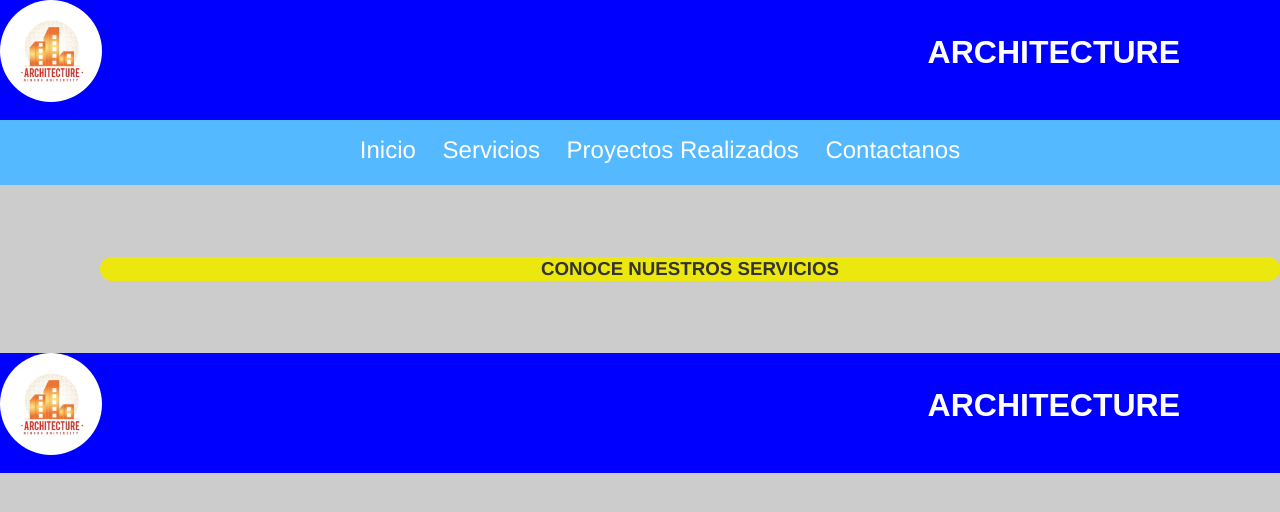
Repository: gabrielestrella18/htdocs
Page: http://localhost/arquitectos/servicios.php
These files come from the project's save history. The page is drawn as it stood at one moment and after the next save; the edit follows.
The browser window is 1280 px wide. The pictures show the whole page.
The page is run by PHP 8.4 with error messages shown; the project is at /var/www/html/.

Above is the page before, as saved 2023-12-07 15:51:09.

### arquitectos/servicios.php
<!DOCTYPE html>
<html lang="en">
  <head>
    <title></title>
    <meta charset="UTF-8">
    <meta name="viewport" content="width=device-width, initial-scale=1">
    <link href="estilo.css" rel="stylesheet">
  </head>
  <body>

<div class="azul">
  <img  class="lg"src="imagenes/arch.jpg" alt="">

  <h1>ARCHITECTURE</h1>
</div>

<div class="menu">
<div class="menuOpciones">
            <a href="index.php" target="_blank">Inicio</a>
            <a href="#" target="_blank">Servicios</a>
            <a href="#" target="_blank">Proyectos Realizados</a>
            <a href="#" target="_blank">Contactanos</a>
            </div>
            </div>
            <br><br><br>

<div class="ser">
<h3 class="serv">CONOCE NUESTROS SERVICIOS</h3>
</div>
<br> <br> <br>



<div class="azul">
  <img  class="lg"src="imagenes/arch.jpg" alt="">

  <h1>ARCHITECTURE</h1>
</div>


  </body>
</html>

### arquitectos/estilo.css
* {
    box-sizing: border-box;
    margin: 0;
    padding: 0;
}

body {
    font-family: helvetica;
    font-size: 16px;
    line-height: 24px;
    color: #333;
    background-color: #cccccc;
    max-width: 1400px;
}

.azul {
    background-color: blue;
    padding-bottom: 120px;
}

.lg {
    float: left;
    width: 8%;
    height: 8%;
    border-radius: 80px;
}

h1 {
    color: white;
    float: right;
    font-family: sans-serif;
    text-align: end;
    padding-top: 40px;
    padding-right: 100px;
}

.menu {
    border: 1px #54b9ff solid;
    background-color: #54b9ff;
    height: 65px;
}

.menuOpciones {
    padding-top: 12px;
    text-align: center;
    margin-top: 5px;
    padding-left: 40px;
    font-size: x-large;
}

.menuOpciones a {
    text-decoration: none;
    color: white;
    padding: 10px;
}

.menuOpciones a:hover {
    color: #9c2222;
}

.contenedor_fondo {
    width: 1350px;
    height: 600px;
    margin: auto;
    background-image: url(imagenes/fondoarq.jpg);
    background-repeat: no-repeat;
    background-size: cover;
}

.textofoto {
    /* width: 600px; */
    color: rgb(7, 2, 2);
    margin: auto;
    text-align: center;
    line-height: 35px;
    padding-top: 200px;
}

.botoncito {
    text-align: center;
}

.boton1 {
    color: #ece80f;
    background-color: #ce1111;
    padding-top: 20px;
    padding-bottom: 20px;
    padding-left: 10px;
    padding-right: 10px;
    border-radius: 20px;
}

h3 {
    text-align: center;
}

.serv {
    background-color: #ece80f;
    /* padding-top: 20px;
    padding-bottom: 20px;
    padding-left: 10px;
    padding-right: 10px; */
    border-radius: 20px;
}

.ser {
    padding-left: 100px;
}

After the next save:
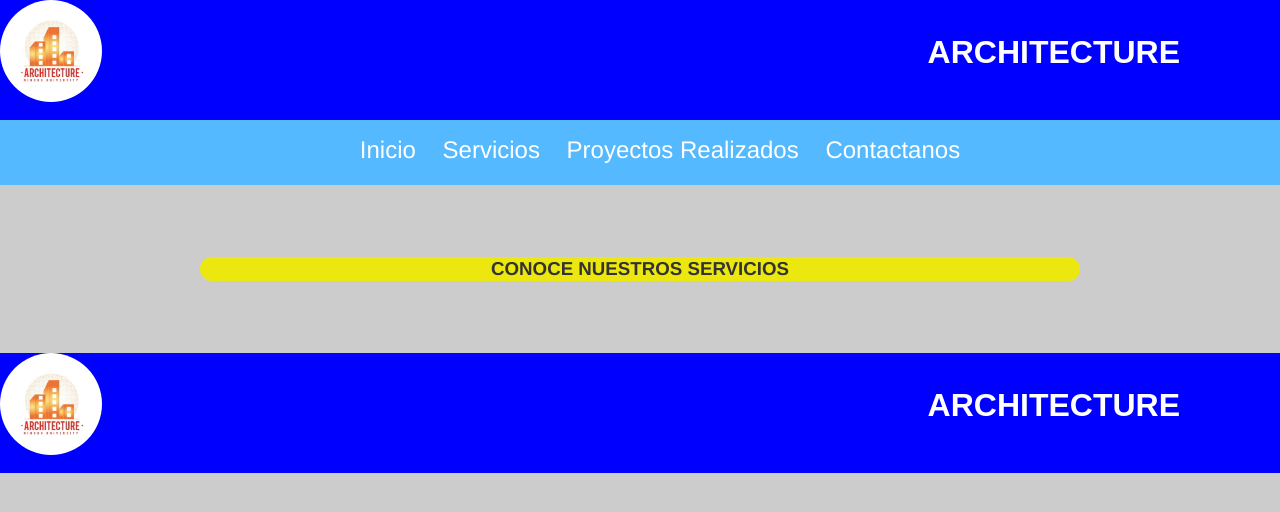
Saved 25 s later.
--- a/arquitectos/estilo.css
+++ b/arquitectos/estilo.css
@@ -104,5 +104,6 @@ h3 {
 }
 
 .ser {
-    padding-left: 100px;
+    padding-left: 200px;
+    padding-right: 200px;
 }
